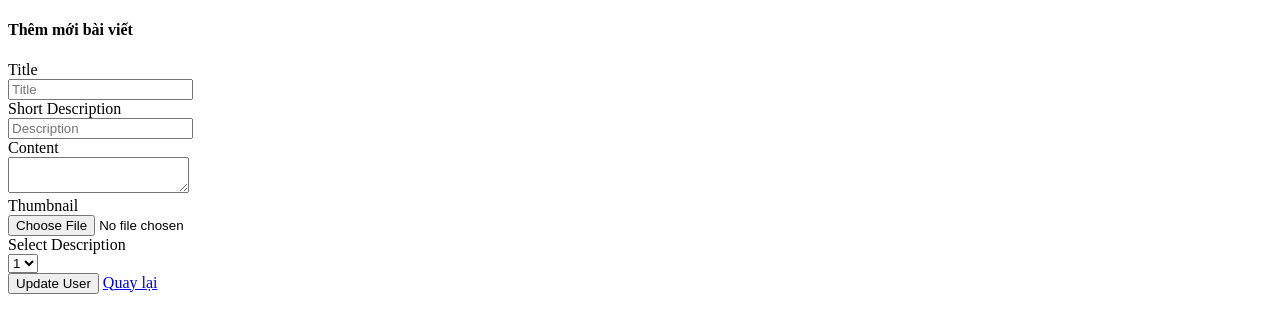
Repository: Hai1820/News
Page: http://localhost/Servlet-Basic/views/admin/news/list-edit.jsp
The author's editor kept a copy of each file at every save. The page is drawn from the files as they stood at one save, then again after the next save.
The browser window is 1280 px wide. The pictures show the whole page.
The page is served by Tomcat 9. Nobody is signed in. The application's start-up code is not run.

Above is the page before, as saved 2021-07-15 03:10:57.

After the next save:
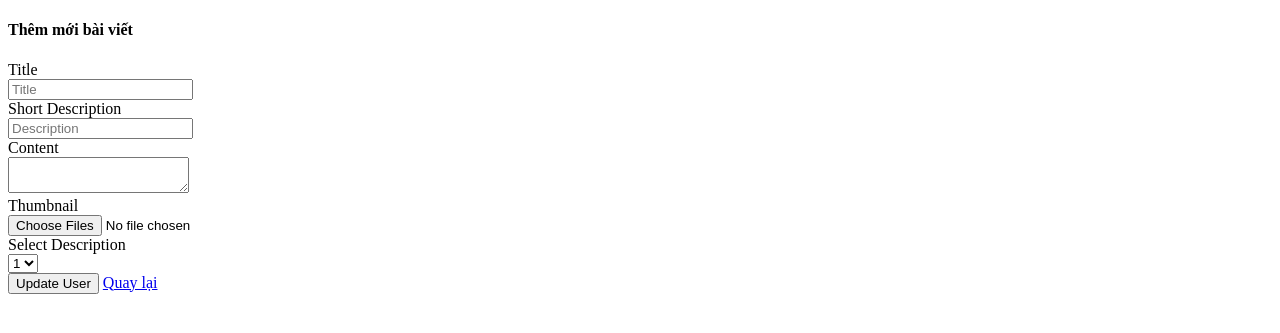
Saved 74 s later.
--- a/Servlet-Basic/src/main/webapp/views/admin/news/list-edit.jsp
+++ b/Servlet-Basic/src/main/webapp/views/admin/news/list-edit.jsp
@@ -45,8 +45,10 @@
 					<div class="form-group">
 						<label class="col-md-12">Thumbnail</label>
 						<div class="col-md-12">
-							<input id="input-b1" name="input-b1" type="file" class="file"
-								data-browse-on-zone-click="true">
+							<div class="file-loading">
+								<input id="input-b7" name="input-b7[]" multiple type="file"
+									class="file" data-allowed-file-extensions='["csv", "txt"]'>
+							</div>
 						</div>
 					</div>
 

After the save that followed:
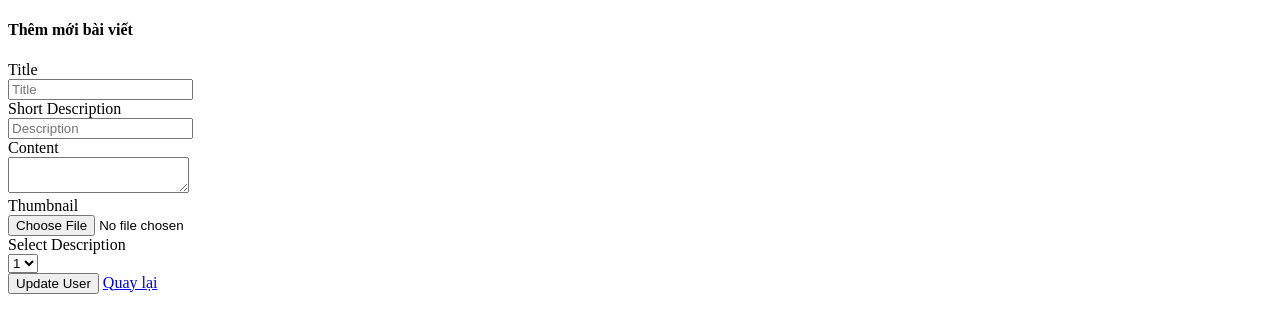
Saved 68 s later.
--- a/Servlet-Basic/src/main/webapp/views/admin/news/list-edit.jsp
+++ b/Servlet-Basic/src/main/webapp/views/admin/news/list-edit.jsp
@@ -45,10 +45,8 @@
 					<div class="form-group">
 						<label class="col-md-12">Thumbnail</label>
 						<div class="col-md-12">
-							<div class="file-loading">
-								<input id="input-b7" name="input-b7[]" multiple type="file"
-									class="file" data-allowed-file-extensions='["csv", "txt"]'>
-							</div>
+							<input id="input-b1" name="input-b1" type="file" class="file"
+								data-browse-on-zone-click="true">
 						</div>
 					</div>
 
